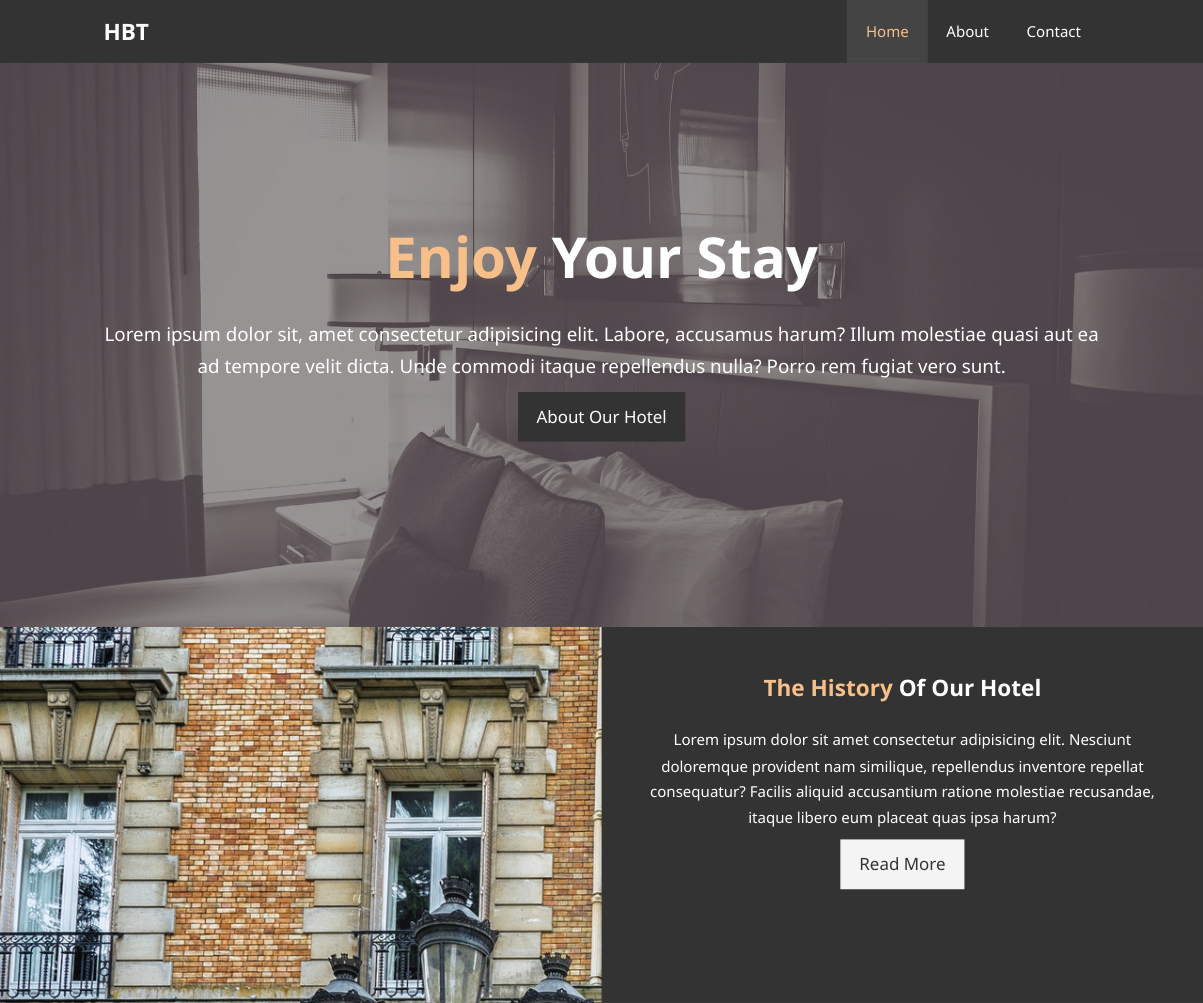
Repository: minhtien9/hotel-website
Page: index.html
An editor plug-in stored every save of this project. The page is shown before and after the next save, followed by the edit.
The browser window is 1280 px wide. The pictures show the whole page, at 94% of full size.

Above is the page before, as saved 2021-08-14 11:53:07.

### index.html
<!DOCTYPE html>
<html lang="en">

<head>
    <meta charset="UTF-8" />
    <meta http-equiv="X-UA-Compatible" content="IE=edge" />
    <meta name="viewport" content="width=device-width, initial-scale=1.0" />
    <meta name="description" content="Welcome to the most extraordinary hotel in Boston Massachusetts" />
    <meta name="keywords" content="hotel, boston hotel, new england hotel" />
    <link rel="stylesheet" href="css/style.css" />
    <title>Hotel BT | Welcome</title>
</head>

<body>
    <header>
        <nav id="navbar">
            <div class="container">
                <h1 class="logo">
                    <a href="index.html"></a> HBT</h1>
                <ul>
                    <li><a class="current" href="index.html">Home</a></li>
                    <li><a href="about.html">About</a></li>
                    <li><a href="contact.html">Contact</a></li>
                </ul>
            </div>
        </nav>
        <div id="showcase">
            <div class="container">
                <div class="showcase-content">
                    <h1><span class="text-primary">Enjoy </span>Your Stay</h1>
                    <p class="lead">
                        Lorem ipsum dolor sit, amet consectetur adipisicing elit. Labore, accusamus harum? Illum molestiae quasi aut ea ad tempore velit dicta. Unde commodi itaque repellendus nulla? Porro rem fugiat vero sunt.
                    </p>
                    <a class="btn" href="about.html">About Our Hotel</a>
                </div>
            </div>
        </div>
    </header>
    <section id="home-info" class="bg-dark">
        <div class="info-img"></div>
        <div class="info-content">
            <h2><span class="text-primary">The History</span> Of Our Hotel</h2>
            <p>
                Lorem ipsum dolor sit amet consectetur adipisicing elit. Nesciunt doloremque provident nam similique, repellendus inventore repellat consequatur? Facilis aliquid accusantium ratione molestiae recusandae, itaque libero eum placeat quas ipsa harum?
            </p>
            <a href="about.html" class="btn btn-light">Read More</a>
        </div>
    </section>
</body>

</html>

### css/style.css
/* Reset */

* {
    margin: 0;
    padding: 0;
    box-sizing: border-box;
}


/* Main Styling */

html,
body {
    font-family: 'Segoe UI', Tahoma, Geneva, Verdana, sans-serif;
    line-height: 1.7em;
}

a {
    color: #333;
    text-decoration: none;
}

h1,
h2,
h3 {
    padding-bottom: 20px;
}

p {
    margin: 10px 0;
}


/* Utility Classes */

.container {
    margin: auto;
    max-width: 1100px;
    overflow: auto;
    padding: 0 20px;
}

.text-primary {
    color: #f7c08a;
}

.lead {
    font-size: 20px;
}

.btn {
    display: inline-block;
    font-size: 18px;
    color: #fff;
    background: #333;
    padding: 13px 20px;
    border: none;
    cursor: pointer;
}

.btn:hover {
    background: #f7c08a;
    color: #333;
}

.btn-light {
    background: #f4f4f4;
    color: #333;
}

.bg-dark {
    background: #333;
    color: #fff;
}

.bg-light {
    background: #f4f4f4;
    color: #333;
}

.bg-primary {
    background: #333;
    color: #f7c08a;
}


/* Navbar */

#navbar {
    background: #333;
    color: #fff;
    overflow: auto;
}

#navbar a {
    color: #fff;
}

#navbar h1 {
    float: left;
    padding-top: 20px;
}

#navbar ul {
    list-style: none;
    float: right;
}

#navbar ul li {
    float: left;
}

#navbar ul li a {
    display: block;
    padding: 20px;
    text-align: center;
}

#navbar ul li a:hover,
#navbar ul li a.current {
    background: #444;
    color: #f7c08a;
}


/* Show case */

#showcase {
    background: url('../img/showcase.jpg') no-repeat center center/cover;
    height: 600px;
}

#showcase .showcase-content {
    color: #fff;
    text-align: center;
    padding-top: 170px;
}

#showcase .showcase-content h1 {
    font-size: 60px;
    line-height: 1.2em;
}

#showcase .showcase-content p {
    padding: bottom 20px;
    line-height: 1.7em;
}


/* Home information */

#home-info {
    height: 400px;
}

#home-info .info-img {
    float: left;
    width: 50%;
    background: url('../img/photo-1.jpg') no-repeat;
    min-height: 100%;
}

#home-info .info-content {
    float: right;
    width: 50%;
    height: 100%;
    text-align: center;
    padding: 50px 30px;
    overflow: hidden;
}

After the next save:
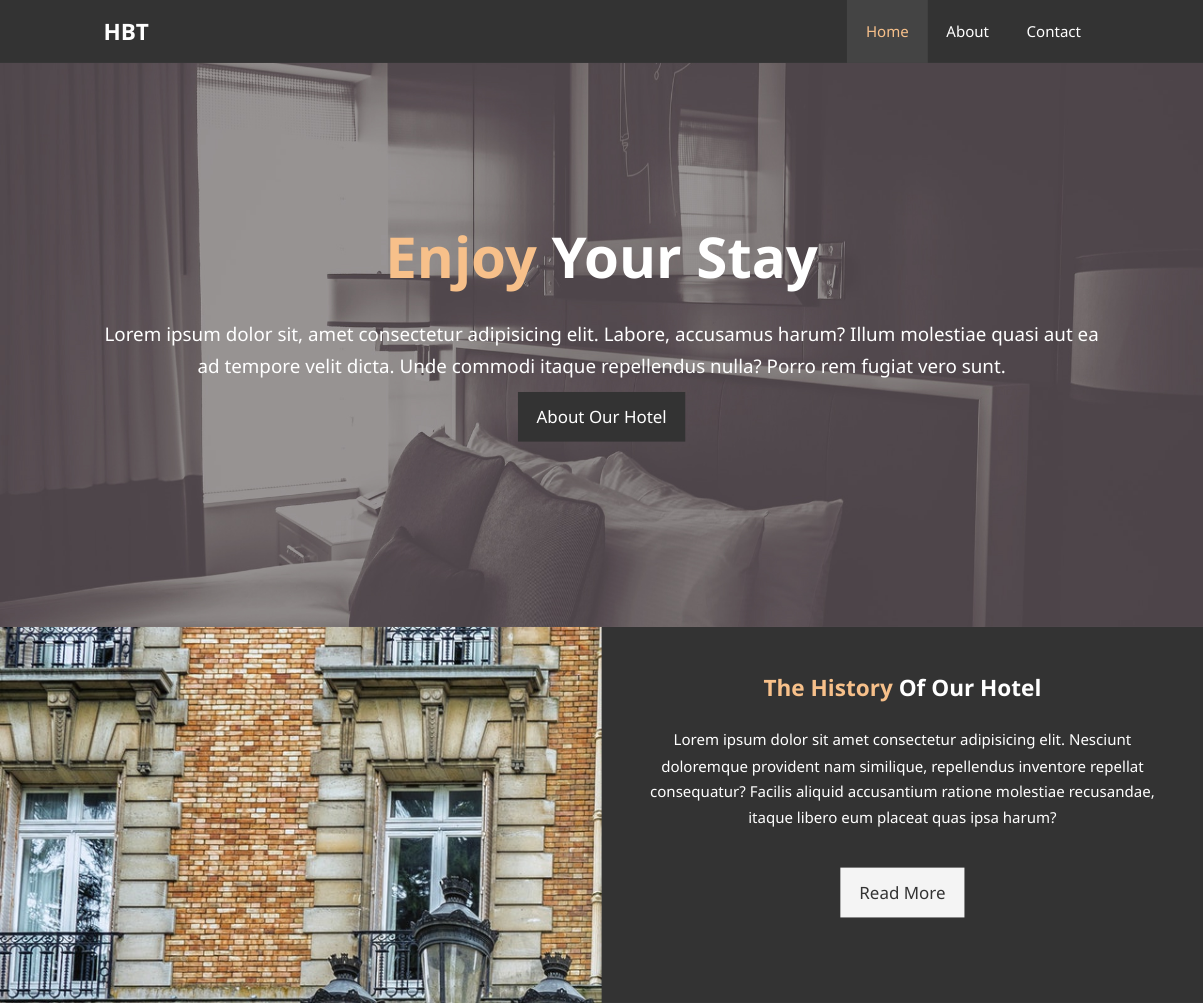
Saved 40 s later.
--- a/css/style.css
+++ b/css/style.css
@@ -168,3 +168,7 @@ p {
     padding: 50px 30px;
     overflow: hidden;
 }
+
+#home-info .info-content p {
+    padding-bottom: 30px;
+}
